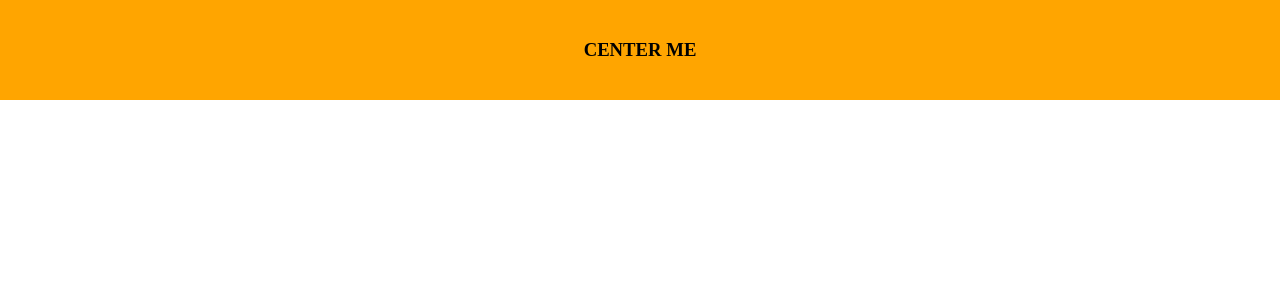
Repository: phanvu0103/HTML-CSS
Page: CSS_17.2_Các-cách-căn-giữa-trong-CSS/index.html
These files come from the project's save history. The page is drawn as it stood at one moment and after the next save; the edit follows.
The browser window is 1280 px wide. The pictures show the whole page.

Above is the page before, as saved 2022-09-23 10:13:38.

### CSS_17.2_Các-cách-căn-giữa-trong-CSS/index.html
<!DOCTYPE html>
<html lang="en">
  <head>
    <meta charset="UTF-8" />
    <meta http-equiv="X-UA-Compatible" content="IE=edge" />
    <meta name="viewport" content="width=device-width, initial-scale=1.0" />
    <title>Các Cách căn giữa trong Css</title>
    <link rel="stylesheet" href="style.css" />
  </head>
  <body>
    <div class="box">
      <h3>CENTER ME</h3>
    </div>
  </body>
</html>

### CSS_17.2_Các-cách-căn-giữa-trong-CSS/style.css
* {
  margin: 0;
  padding: 0;
  box-sizing: border-box;
}
.box {
  --height: 100px;
  background-color: orange;
  height: 100px;
  text-align: center;
  /* có thể dùng display
  display: flex;
  align-items: center;
  justify-content: center; */
  /* có thể dùng position: relative và position:absolute top left
  transform nên sử dụng % cho h3
   */
  /* position: relative; */
}
h3 {
  line-height: 100px;
  /* position: absolute;
  top: 50%;
  left: 50%;
  transform: translate(-50%, -50%); */
}

After the next save:
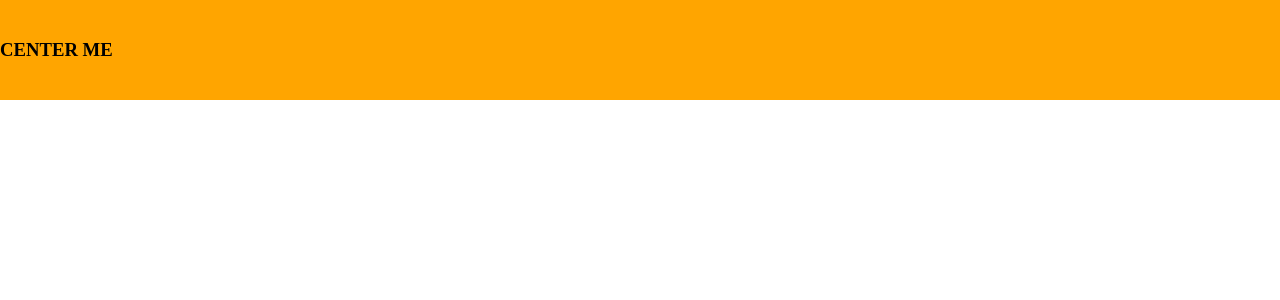
Saved 48 s later.
--- a/CSS_17.2_Các-cách-căn-giữa-trong-CSS/style.css
+++ b/CSS_17.2_Các-cách-căn-giữa-trong-CSS/style.css
@@ -6,7 +6,7 @@
 .box {
   --height: 100px;
   background-color: orange;
-  height: 100px;
+  height: var(--height 100px)
   text-align: center;
   /* có thể dùng display
   display: flex;
@@ -15,7 +15,7 @@
   /* có thể dùng position: relative và position:absolute top left
   transform nên sử dụng % cho h3
    */
-  /* position: relative; */
+   */
 }
 h3 {
   line-height: 100px;

After the 3 saves that followed:
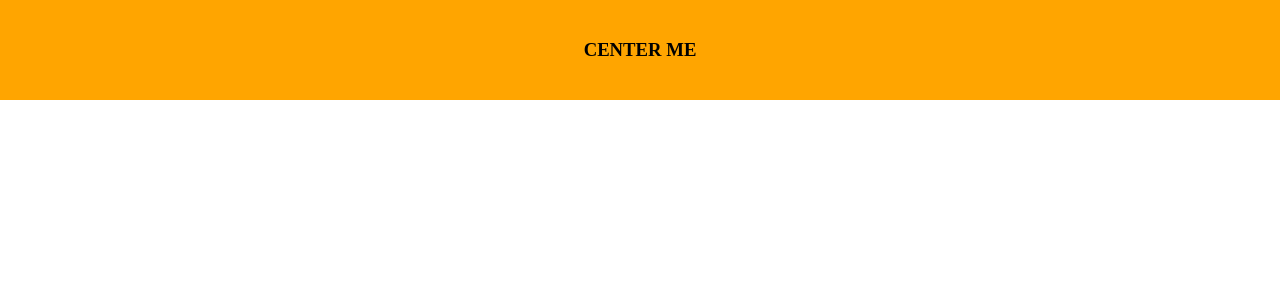
The 3 saves are shown as one change because 2 left the picture as it was.
The last was saved 3 min 32 s later.
--- a/CSS_17.2_Các-cách-căn-giữa-trong-CSS/style.css
+++ b/CSS_17.2_Các-cách-căn-giữa-trong-CSS/style.css
@@ -7,18 +7,18 @@
   --height: 100px;
   background-color: orange;
   height: var(--height 100px)
-  text-align: center;
-  /* có thể dùng display
+    /* có thể dùng display
   display: flex;
   align-items: center;
   justify-content: center; */
-  /* có thể dùng position: relative và position:absolute top left
+    /* có thể dùng position: relative và position:absolute top left
   transform nên sử dụng % cho h3
-   */
-   */
+  */ * /;
 }
 h3 {
-  line-height: 100px;
+  line-height: var(--height);
+  text-align: center;
+  /* line-height: 100px; */
   /* position: absolute;
   top: 50%;
   left: 50%;
